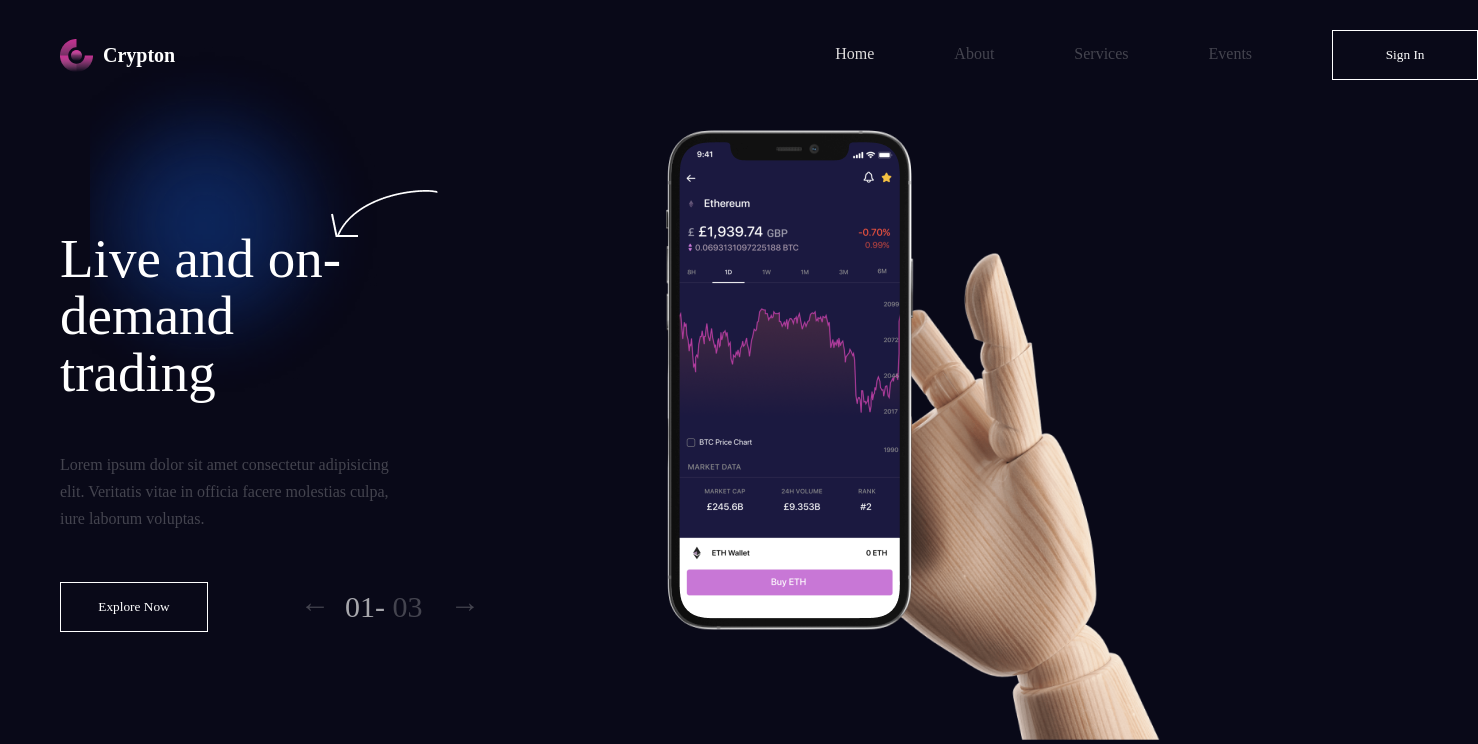
Repository: isaacCodes1/Crypton-Website
Page: index.html
An editor plug-in stored every save of this project. The page is shown before and after the next save, followed by the edit.
The browser window is 1280 px wide. The page is 1478 px wide, so the pictures cover 1478 px, including what lies to the right of the window. The pictures show the whole page.

Above is the page before, as saved 2024-05-14 20:54:32.

After the next save:
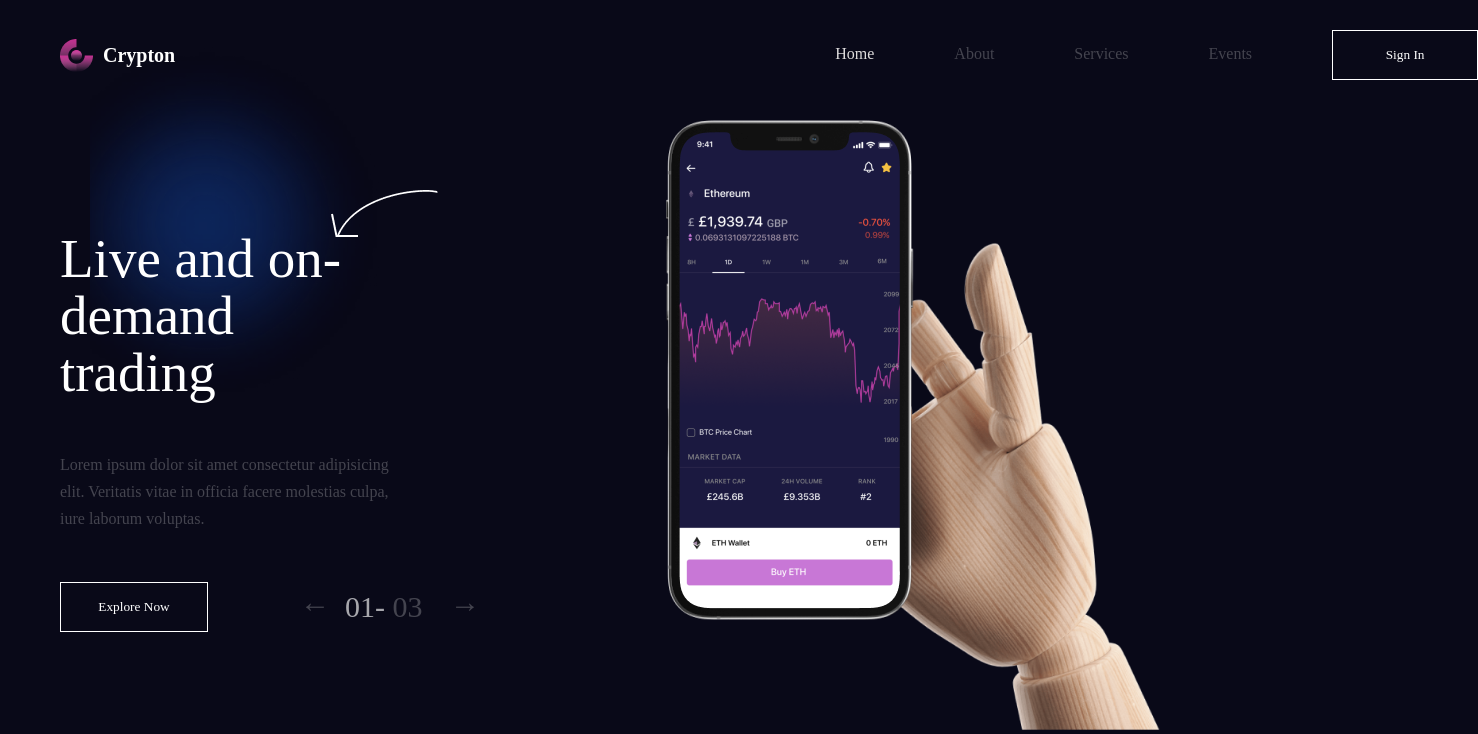
Saved 8 s later.
--- a/style.css
+++ b/style.css
@@ -134,7 +134,7 @@ body{
 .handDiv{
     display: flex;
     position: absolute;
-    top: 200px;
+    top: 190px;
     right: 120px;
 }
 .hand{
